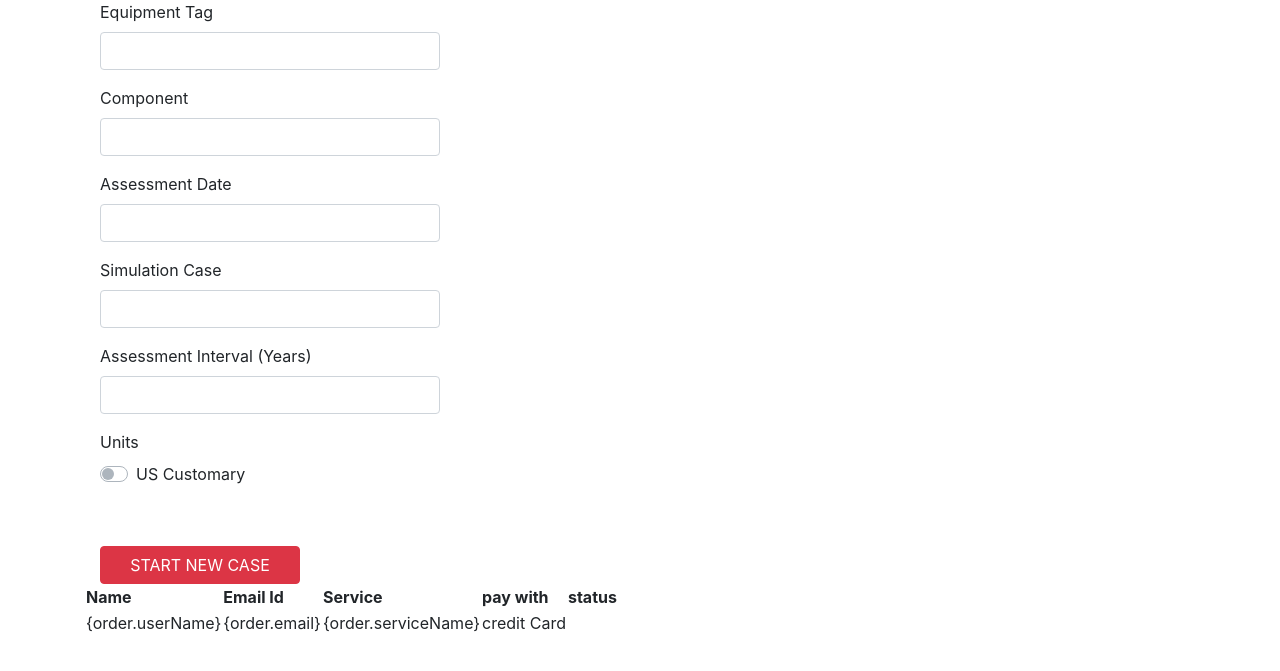
Repository: arif286/dashboard
Page: /
The author's editor kept a copy of each file at every save. The page is drawn from the files as they stood at one save, then again after a run of saves.
The browser window is 1280 px wide. The pictures show the whole page.
The project was rebuilt for these pictures with package versions that can differ from the ones it lists, and the page was loaded fresh each time. The framework's server and built-in components were replaced by stand-ins that run in the browser. Also part of the build but not shown: nuxt.config.js, components/Nav.vue.

Above is the page before, as saved 2021-06-18 17:36:55.

After the next 3 saves:
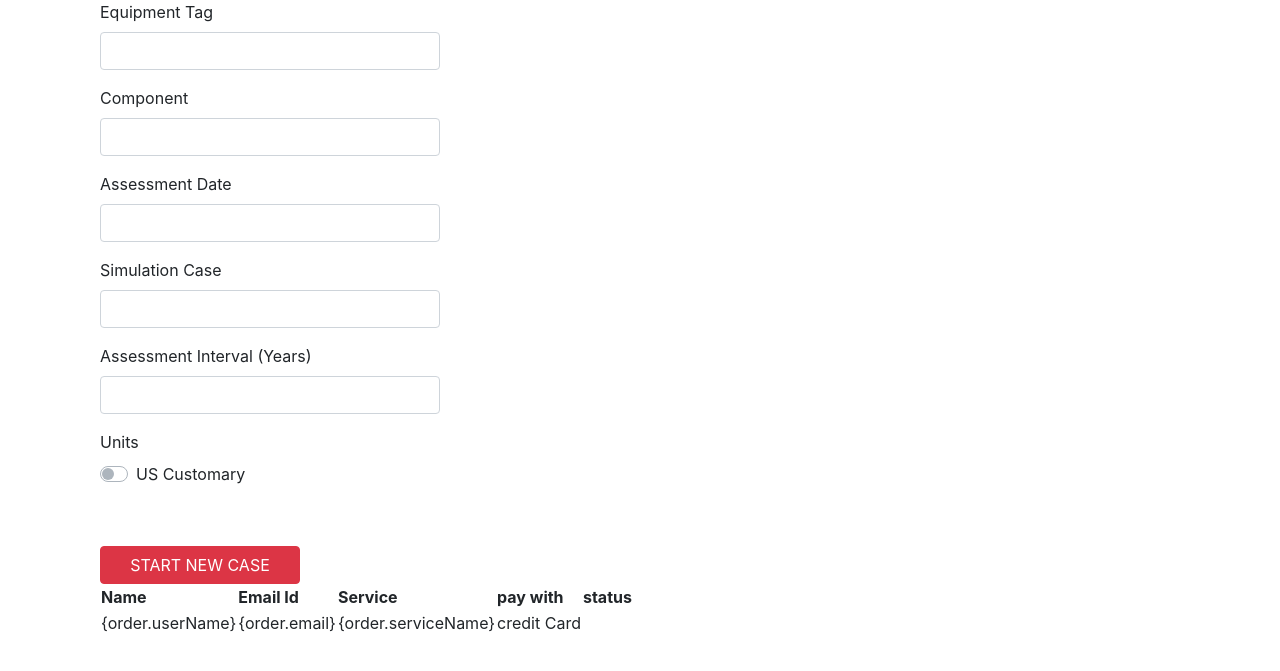
The 3 saves are shown as one change because they came seconds apart.
The last was saved 10 s later.
--- a/pages/index.vue
+++ b/pages/index.vue
@@ -3,7 +3,7 @@
     <div class="col-4">
       <Form />
     </div>
-    <div>
+    <div class="col-7">
       <Table />
     </div>
   </div>
